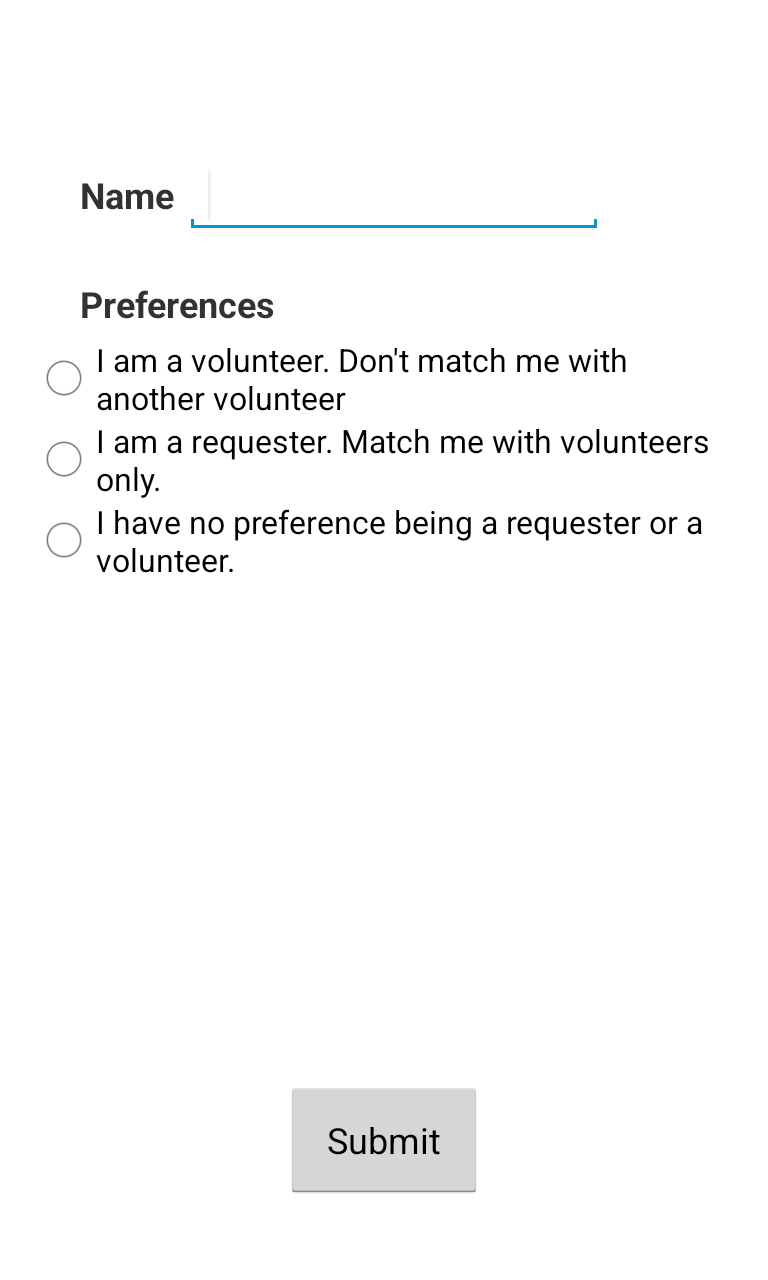
Repository: rwillmot/CS180-SafeWalk-Phase2
Layout: SafeWalkAndroidClient/res/layout/client_fragment_layout.xml
An editor plug-in stored every save of this project. The layout is shown before and after the next save, followed by the edit.
It is drawn on a 768 x 1280 px phone screen (xhdpi) without system bars, with theme AppTheme; the app's code is not run.

Above is the layout before, as saved 2014-12-02 21:53:14.

After the next save:
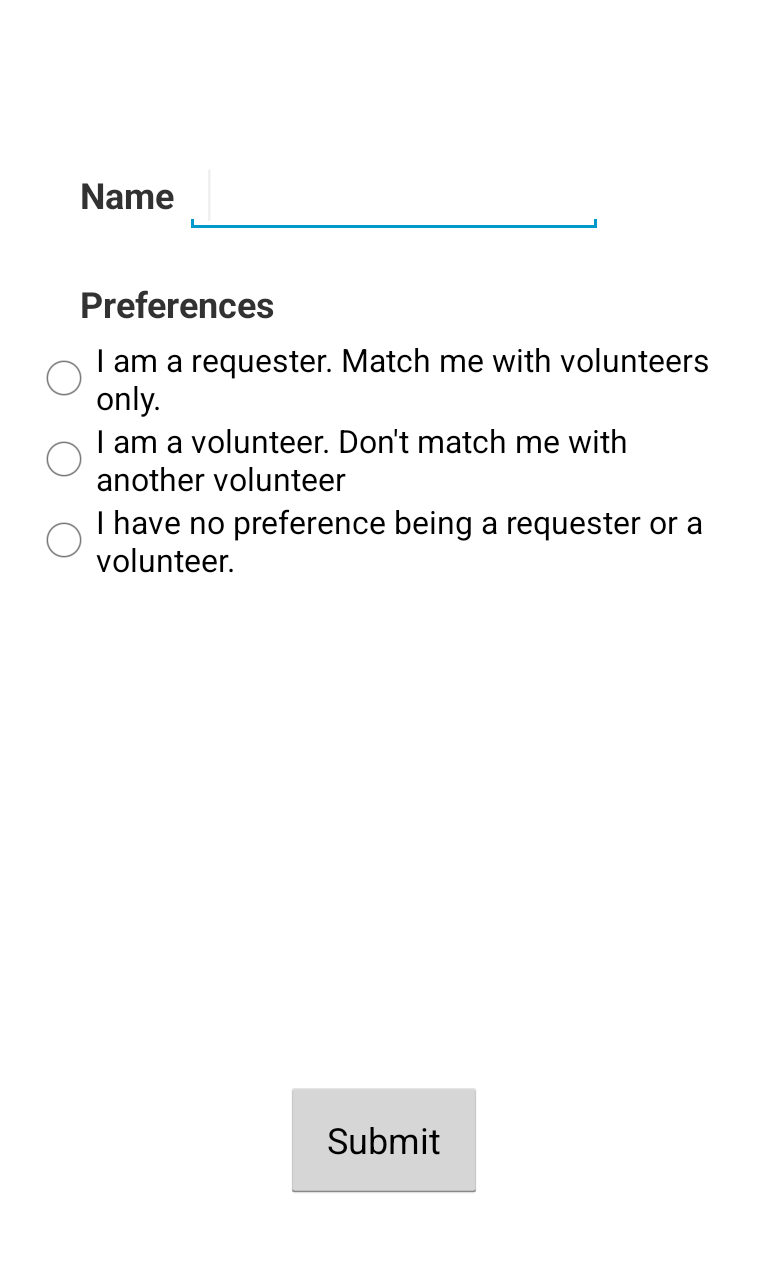
Saved 2 min 18 s later.
--- a/SafeWalkAndroidClient/res/layout/client_fragment_layout.xml
+++ b/SafeWalkAndroidClient/res/layout/client_fragment_layout.xml
@@ -61,14 +61,7 @@
         android:orientation="vertical"
         android:layout_below="@+id/et_preferences">
 
-    <RadioButton
-        android:id="@+id/radio_volunteer"
-        android:layout_width="wrap_content"
-        android:layout_height="wrap_content"
-        android:layout_alignRight="@+id/tv_name"
-        android:layout_centerVertical="true"
-        android:onClick="onRadioButtonClicked"
-        android:text="I am a volunteer. Don&apos;t match me with another volunteer" />
+
 
     <RadioButton
         android:id="@+id/radio_requester"
@@ -78,6 +71,15 @@
         android:layout_alignLeft="@+id/radio_volunteer"
         android:onClick="onRadioButtonClicked"
         android:text="I am a requester. Match me with volunteers only." />
+    <RadioButton
+        android:id="@+id/radio_volunteer"
+        android:layout_width="wrap_content"
+        android:layout_height="wrap_content"
+        android:layout_alignRight="@+id/tv_name"
+        android:layout_centerVertical="true"
+        android:layout_below="@+id/radio_requester"
+        android:onClick="onRadioButtonClicked"
+        android:text="I am a volunteer. Don&apos;t match me with another volunteer" />
     <RadioButton
         android:id="@+id/radio_neutral"
         android:layout_width="wrap_content"
